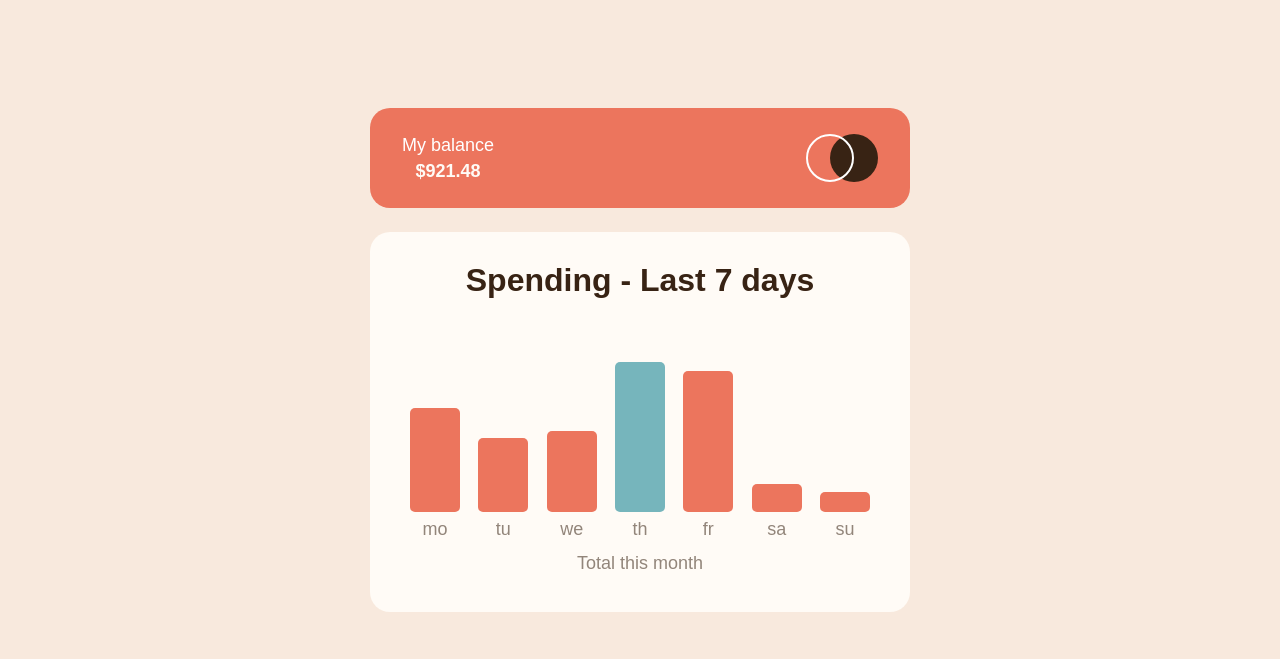
Repository: usmanov16/6-oy-2-dars-
Page: /
These files come from the project's save history. The page is drawn as it stood at one moment and after a run of saves; the edit follows.
The browser window is 1280 px wide. The pictures show the whole page.
The project was rebuilt for these pictures with package versions that can differ from the ones it lists, and the page was loaded fresh each time. Also part of the build but not shown: vite.config.js.

Above is the page before, as saved 2025-08-28 15:46:12.

### index.html
<!doctype html>
<html lang="en">
  <head>
    <meta charset="UTF-8" />
    <link rel="icon" type="image/svg+xml" href="/vite.svg" />
    <meta name="viewport" content="width=device-width, initial-scale=1.0" />
    <title>Vite + React</title>
    <link rel="stylesheet" href="./src/index.css">
  </head>
  <body>
    <div id="root"></div>
    <script type="module" src="/src/main.jsx"></script>
  </body>
</html>

### src/index.css
@import "tailwindcss";

@theme {
  --color-red: #ec755d;
  --color-cream: #f8e9dd;
  --color-card-white: #fffbf6;
  --color-white: #ffffff;
  --color-cyan: #76b5bc;
  --color-medium-brown: #92857a;
  --color-dark-brown: #382314;

  /* font */
  --default-font-family: "DM Sans Variable", sans-serif;
}

@layer base {
  body {
    @apply text-lg text-medium-brown font-normal leading-[1] bg-cream flex items-center justify-center min-h-screen;
  }
}

@layer components {
  .chart-item span {
    display: none;
  }

  .chart-item:hover span {
    display: block;
  }
}

### src/main.jsx

import "./index.css";
// Supports weights 100-900
import '@fontsource-variable/dm-sans';
import { createRoot } from "react-dom/client";
import App from "./App";

createRoot(document.getElementById("root")).render(<App />);

### src/App.jsx

import './App.css'
import React from 'react'
import Card from './components/Card'
import CardTop from './components/CardTop'
import CardBottom from './components/CardBottom'

function App() {
  return (
    <div>
      <Card/>

    </div>
  )
}

export default App

### src/components/Card.jsx

import React from 'react'
import CardTop from './CardTop'
import CardBottom from './CardBottom'

function Card() {
  return (
    <div className='w-[540px] flex flex-col  gap-6'>
        <CardTop/>
        <CardBottom/>
    </div>
  )
}

export default Card

### src/components/CardTop.jsx
import React from 'react'

function CardTop() {
  return (
    <div className='flex items-center justify-between px-8 py-6.5 bg-red rounded-[20px]'>
        <div className='flex flex-col gap-2'>
            <span className='text-white'>My balance</span>
            <span className='font-bold text-card-white text[2rem]'>$921.48</span>
        </div>
        <img src="./rounded.svg" alt="" width={72} height={48} />
    </div>
  )
}

export default CardTop

### src/components/CardBottom.jsx
import React from 'react'

const chartData = [
  {
    id: 1,
    weekdays: "mo",
    value: 56
  },
  {
    id: 2,
    weekdays: "tu",
    value: 40
  },
  {
    id: 3,
    weekdays: "we",
    value: 44
  },
  {
    id: 4,
    weekdays: "th",
    value: 81
  },
  {
    id: 5,
    weekdays: "fr",
    value: 76
  },
  {
    id: 6,
    weekdays: "sa",
    value: 15
  },
  {
    id: 7,
    weekdays: "su",
    value: 11
  }

]

function CardBottom() {
  const [maxChart] = [...chartData].sort((a, b) => {
    return b.value - a.value
  })

  function chartHeight(h) {
    let {value} = maxChart;

    return `${((h  * 100) / value).toFixed(1)}% `
    // return "h-[150px]"
  }

  return (
    <div className='bg-card-white pt-8 p-10 rounded-[1.25rem]'>
      <h1 className='text-dark-brown font-bold text-[2rem] mb-[66px] '>Spending - Last 7 days</h1>
      <ul className=' w-full flex justify-between gap-2 '>
        {chartData.map((ch) => {

         return (
          <li className='w-[3.125rem] text-center flex flex-col gap-2' key={ch.id}>

          <div className='h-[150px] flex items-end relative'>

            <div style={{height: chartHeight(ch.value) }}
             className={`chart-item rounded-[5px] w-full  ${
              ch.value == maxChart.value ? "bg-cyan" : "bg-red"
            } relative ` }>
              <span className='absolute -top-2 left-[50%] -translate-x-[50%] -translate-y-[100%]'>${ch.value}</span>
            </div>
          </div>
          <span className='w-full mb-4'>{ch.weekdays}</span>
        </li>
         )
        })}
      </ul>
      <span className='w-[460px] h-0.5 bg-card-white'></span>
      <div>
      <span className="text-medium-brown font-normal leading-[1] ">Total this month</span>
      {/* <span className="bg-dark-brown"></span> */}
      <br />
      </div>
    </div>
  )
}

export default CardBottom

Loaded but not shown: src/App.css (common file)

After the next 2 saves:
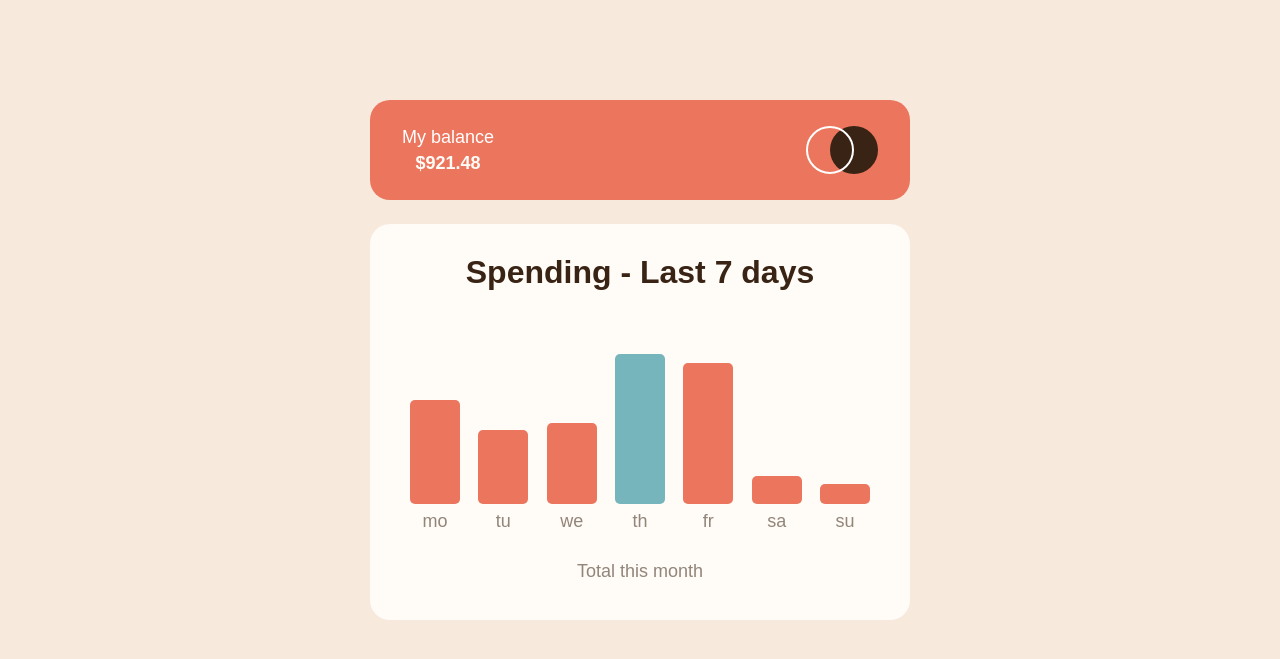
The 2 saves are shown as one change because they came seconds apart.
The last was saved 13 s later.
--- a/src/components/CardBottom.jsx
+++ b/src/components/CardBottom.jsx
@@ -69,7 +69,7 @@ function CardBottom() {
               <span className='absolute -top-2 left-[50%] -translate-x-[50%] -translate-y-[100%]'>${ch.value}</span>
             </div>
           </div>
-          <span className='w-full mb-4'>{ch.weekdays}</span>
+          <span className='w-full mb-8'>{ch.weekdays}</span>
         </li>
          )
         })}
